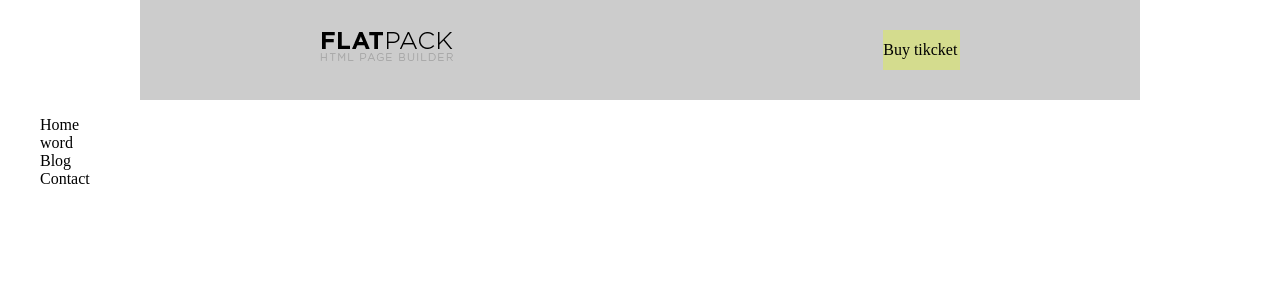
Repository: duyancol/project-ltw-nhom13
Page: page b/index.html
These files come from the project's save history. The page is drawn as it stood at one moment and after the next save; the edit follows.
The browser window is 1280 px wide. The pictures show the whole page.
Some web fonts or font styles are not loaded; a fallback is used.

Above is the page before, as saved 2021-10-18 08:49:07.

After the next save:
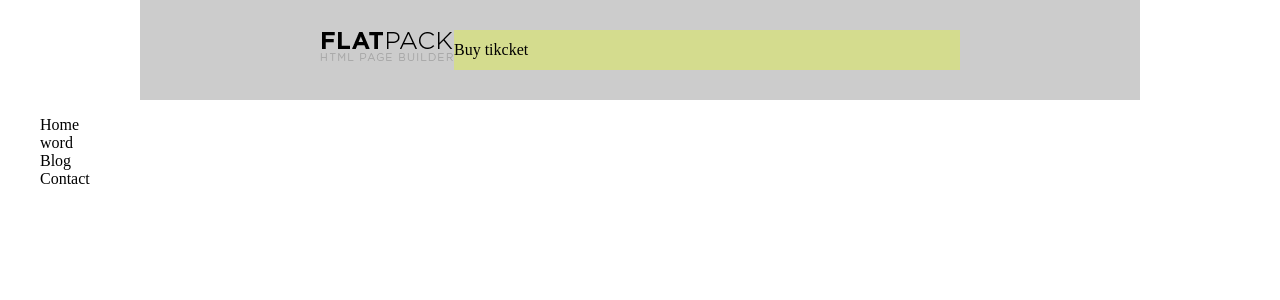
Saved 78 s later.
--- a/page b/style.css
+++ b/page b/style.css
@@ -40,6 +40,8 @@
     width: 12%;
     height: 40px;
     background-color: #e5ff004e;
+    width: 800px;
+    margin: auto;
 }
 
 
@@ -50,4 +52,5 @@
   .navigation{
     height: 40px;
     background-color: white;
+
   }
